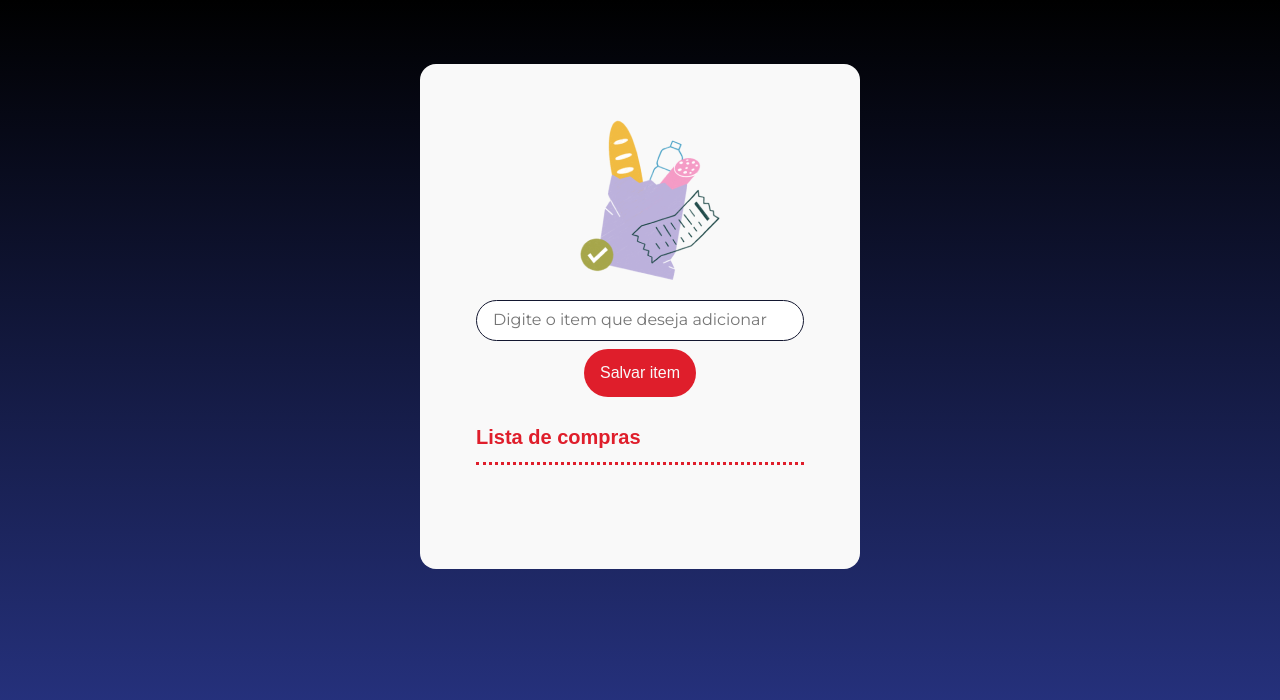
Repository: joaoPraiaJunior/compras_js
Page: index.html
An editor plug-in stored every save of this project. The page is shown before and after the next save, followed by the edit.
The browser window is 1280 px wide. The pictures show the whole page.
Some web fonts or font styles are not loaded; a fallback is used.

Above is the page before, as saved 2024-08-23 13:03:54.

### index.html
<!DOCTYPE html>
<html lang="pt-BR" dir="ltr">

<head>
    <meta charset="UTF-8">
    <meta name="viewport" content="width=device-width, initial-scale=1.0">
    <meta name="description" content="Lista de compras">
    <title>Lista de Compras</title>
    <link rel="preconnect" href="https://fonts.googleapis.com">
    <link rel="preconnect" href="https://fonts.gstatic.com" crossorigin>
    <link href="https://fonts.googleapis.com/css2?family=Krona+One&family=Montserrat&family=Numans&display=swap" rel="stylesheet">
    <link rel="stylesheet" href="./css/styles.css">
</head>

<body>
    <header>
        <img src="./img/bag.png" alt="sacola de compras">
    </header>
    <main>
        <form class="compras" data-js="form-compras">
            <input class="compras__campo" type="text" name="compra" placeholder="Digite o item que deseja adicionar" data-js="input-do-item" required>
            <button type="submit" class="compras__botao" data-js="botao-adicionar-item">Salvar item</button>
        </form>
        <h1>Lista de compras</h1>
        <hr>

        <ul class="lista" data-js="lista-de-compras">
            <!-- <li class="lista__item">
                <div class="lista__container">
                    <div class="lista__compra">
                        <label class="checkbox" for="item-1">
                            <input class="checkbox__input" type="checkbox" id="item-1">
                            Ração de gato
                            <span class="checkbox__customizado checked"></span>
                        </label>
                    </div>
                    <div class="botao">
                        <button class="botao__excluir"><img src="./img/delete.svg" alt="Deletar"></button>
                        <button class="botao__editar"><img src="./img/edit.svg" alt="Editar"></button>
                    </div>
                </div>
                <p class="lista__data">Segunda-feira (<time datetime="2024-08-22">22/08/2024</time>) às <time>08:30</time></p>
            </li> -->
        </ul>
    </main>
    <script src="./js/scripts.js"></script>
</body>

</html>

### css/styles.css
* {
    box-sizing: border-box;
    margin: 0;
    padding: 0;
}

html {
    font-size: 62.5%;
}

:root {
    --cor-primaria: #df1e2b;
    --cor-secundaria: #C2373F;
    --neutro: #F9F9F9;
    --preto: #131730;
    --fonte-titulo: "Krona One", sans-serif;
    --fonte-texto: 'Numans', sans-serif;
    --degrade-azul: linear-gradient(180deg, #000000 0%, #26327F 100%);
}

body {
    display: flex;
    flex-direction: column;
    align-items: center;
    background: var(--degrade-azul);
    background-repeat: no-repeat;
    font-size: 1.6rem;
    height: 100vh;
}

header {
    text-align: center;
    margin-top: 6.4rem;
    background-color: var(--neutro);
    border-radius: 1.6rem 1.6rem 0 0;
    padding: 5.6rem 5.6rem 1.6rem 5.6rem;
    width: 44.0rem;

}

main {
    display: flex;
    flex-direction: column;
    align-items: center;
    gap: 2.4rem;
    background-color: var(--neutro);
    border-radius: 0 0 1.6rem 1.6rem;
    padding: 0 5.6rem 5.6rem 5.6rem;
    width: 44.0rem;
}

h1, h2 {
    align-self: flex-start;
    font-family: var(--fonte-titulo);
    font-size: 2.0rem;
    color: var(--cor-primaria);
    line-height: 3.3rem;
}

hr {
    border: none;
    border-bottom: .3rem dotted var(--cor-primaria);
    margin-bottom: 2.4rem;
    width: 100%;
}

hr:empty {
    margin-top: calc(1.6rem * -1);
}

p, label {
    font-family: var(--fonte-texto);
    font-size: 1.8rem;
    font-weight: 400;
    text-align: left;
    line-height: 2.4rem;
}


.compras {
    display: flex;
    flex-direction: column;
    gap: .8rem;
    width: 100%;
}

.compras__campo {
    border: .1rem solid var(--preto);
    border-radius: 2.4rem;
    padding: 1.2rem 1.6rem;
}

.compras__campo::placeholder {
    font-family: "Montserrat", sans-serif;
    font-size: 1.6rem;
    line-height: 1.9rem;
}

.compras__botao {
    align-self: center;
    font-family: var(--fonte-texto);
    font-size: 1.6rem;
    line-height: 2.4rem;
    color: var(--neutro);
    background-color: var(--cor-primaria);
    border: none;
    border-radius: 2.4rem;
    padding: 1.2rem 1.6rem;
    cursor: pointer;
}

.lista {
    list-style: none;
    width: 100%;
}

.lista__item {
    margin-bottom: 1.0rem;
}

.lista__item:last-child {
    margin-bottom: 0;
}

.lista__container {
    display: flex;
    align-items: center;
    justify-content: space-between;
}

.lista__compra {
    display: flex;
    align-items: center;
}

.lista__etiqueta {
    cursor: pointer;
}

.lista__data {
    font-size: 1.2rem;
    line-height: 2.0rem;
}

.checkbox {
    display: flex;
    align-items: center;
    flex-direction: row-reverse;
    cursor: pointer;
}
.checkbox__input {
    opacity: 0;
    width: 0;
    height: 0;
}

.checkbox__customizado {
    background-color: var(--neutro);
    margin-right: .8rem;
    border: .1rem solid var(--preto);
    border-radius: .4rem;
    width: 2.0rem;
    height: 2.0rem;
    cursor: pointer
}

.checkbox__customizado--checked {
    position: relative;
    background-color: var(--preto);
}

.checkbox__customizado--checked::before {
    content: "";
    position: absolute;
    top: -10%;
    left: 30%;
    width: .5rem;
    height: 1.4rem;
    border-top: .2rem solid var(--neutro);
    border-left: .2rem solid var(--neutro);
    transform: rotate(-140deg);
}

.botao {
    display: flex;
    gap: 1.0rem;
}

.botao__excluir, .botao__editar {
    background-color: transparent;
    border: none;
    cursor: pointer;
}

### js/scripts.js
const elementos = {
    formCompras: '[data-js="form-compras"]',
    inputDoItem: '[data-js="input-do-item"]',
    listaDeCompras: '[data-js="lista-de-compras"]',
    labelDoCheckbox: '[data-js="label-do-checkbox"]',
    inputDoCheckbox: '[data-js="input-do-checkbox"]',
    checkBoxCustomizado: '[data-js="checkbox-customizado"]',
}

const formCompras = document.querySelector(elementos.formCompras);
const inputDoItem = document.querySelector(elementos.inputDoItem);
const listaDeCompras = document.querySelector(elementos.listaDeCompras);
let contadorDeItens = 0;


function adicionarItemDeCompra(evento) {
    evento.preventDefault();
    const itemDeCompra = inputDoItem.value;
    inputDoItem.value = '';
    contadorDeItens++;
    listaDeCompras.appendChild(criarItemDaLista(itemDeCompra));
}

function criarItemDaLista(itemDeCompra) {
    const liDaLista = document.createElement('li');
    const divContainer = document.createElement('div');
    const divListaDeCompras = document.createElement('div');
    const labelDoCheckbox = document.createElement('label');
    const inputCheckbox = document.createElement('input');
    const checkBoxCustomizado = document.createElement('span');
    const divBotao = document.createElement('div');
    const botaoExcluir = document.createElement('button');
    const botaoEditar = document.createElement('button');
    const iconeExcluir = document.createElement('img');
    const iconeEditar = document.createElement('img');
    const paragrafoData = document.createElement('p');
    const data = document.createElement('time');
    const horas = document.createElement('time');

    liDaLista.classList.add('lista__item');
    divContainer.classList.add('lista__container');
    divListaDeCompras.classList.add('lista__compra');
    labelDoCheckbox.classList.add('checkbox');
    inputCheckbox.classList.add('checkbox__input');
    checkBoxCustomizado.classList.add('checkbox__customizado');
    checkBoxCustomizado.dataset.js = 'checkbox-customizado';
    divBotao.classList.add('botao');
    botaoExcluir.classList.add('botao__excluir');
    botaoEditar.classList.add('botao__editar');

    labelDoCheckbox.setAttribute('for', `item-${contadorDeItens}`);
    labelDoCheckbox.dataset.js = 'label-do-checkbox';
    inputCheckbox.setAttribute('type', 'checkbox');
    inputCheckbox.dataset.js = 'input-do-checkbox';
    inputCheckbox.setAttribute('id', `item-${contadorDeItens}`);
    iconeExcluir.setAttribute('src', './img/delete.svg');
    iconeExcluir.setAttribute('alt', 'Botão de excluir item da lista de compras');
    iconeEditar.setAttribute('src', './img/edit.svg');
    iconeEditar.setAttribute('alt', 'Botão de editar item da lista de compras');

    liDaLista.appendChild(divContainer);
    divContainer.appendChild(divListaDeCompras);
    divListaDeCompras.appendChild(labelDoCheckbox);
    labelDoCheckbox.textContent = `${textoCapitalizado(itemDeCompra)}`;
    labelDoCheckbox.appendChild(inputCheckbox);
    labelDoCheckbox.appendChild(checkBoxCustomizado);
    divContainer.appendChild(divBotao);
    divBotao.appendChild(botaoExcluir);
    divBotao.appendChild(botaoEditar);
    botaoExcluir.appendChild(iconeExcluir);
    botaoEditar.appendChild(iconeEditar);

    checkboxMarcado(labelDoCheckbox);

    return liDaLista;
}

function checkboxMarcado(labelDoCheckbox) {
    labelDoCheckbox.addEventListener('click', function (evento) {
        const checkboxAlvo = evento.currentTarget.querySelector(elementos.inputDoCheckbox);
        const checkBoxcustomizadoAlvo = evento.currentTarget.querySelector(elementos.checkBoxCustomizado);

        if (checkboxAlvo.checked) {
            checkBoxcustomizadoAlvo.classList.add('checkbox__customizado--checked');
        } else {
            checkBoxcustomizadoAlvo.classList.remove('checkbox__customizado--checked');
        }
    });
}

function textoCapitalizado(itemDeCompra) {
    const palavras = itemDeCompra.split(' ');

    const palavrasCapitalizadas = palavras.map(function (palavra) {
        return palavra.charAt(0).toUpperCase() + palavra.slice(1).toLowerCase();
    });

    return palavrasCapitalizadas.join(' ');
}

formCompras.addEventListener('submit', adicionarItemDeCompra);

After the next save:
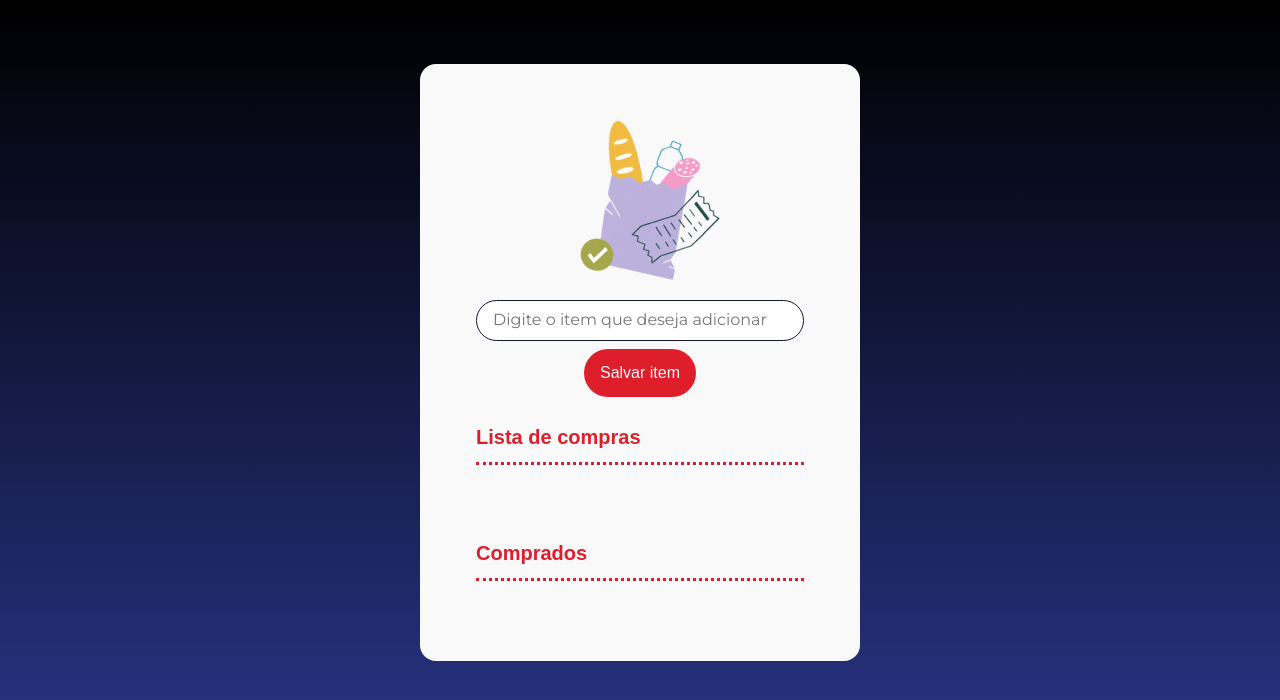
Saved 4 s later.
--- a/index.html
+++ b/index.html
@@ -42,6 +42,9 @@
                 <p class="lista__data">Segunda-feira (<time datetime="2024-08-22">22/08/2024</time>) às <time>08:30</time></p>
             </li> -->
         </ul>
+
+        <h2>Comprados</h2>
+        <hr>
     </main>
     <script src="./js/scripts.js"></script>
 </body>
